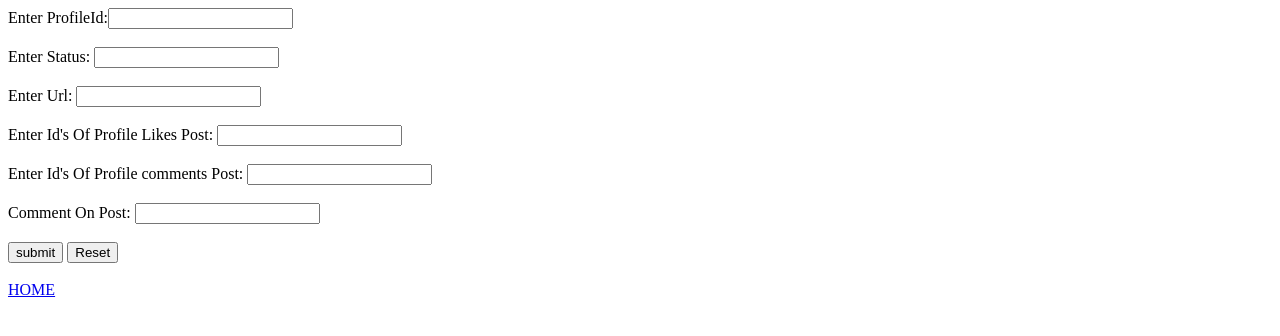
Repository: deepikabachhav/Ally-World-Post
Page: http://localhost/website/WEB-INF/jsp/AddPostForm.jsp
The author's editor kept a copy of each file at every save. The page is drawn from the files as they stood at one save, then again after the next save.
The browser window is 1280 px wide. The pictures show the whole page.
The page is served by Tomcat 9. Nobody is signed in. Other server files are loaded and not shown. The template is opened directly, without the code that normally fills it, so the values that code supplies are empty.

Above is the page before, as saved 2019-02-15 04:30:47.

### website/src/main/webapp/WEB-INF/jsp/AddPostForm.jsp
<%@ page language="java" contentType="text/html; charset=ISO-8859-1"
	pageEncoding="ISO-8859-1"%>
<%@ taglib prefix="jstl" uri="http://java.sun.com/jsp/jstl/core"%>
<!DOCTYPE html>
<html>
<head>
<meta charset="ISO-8859-1">
<title>Insert title here</title>
</head>
<body>
	<form action="createNewPost">
		<!-- Enter PostId: <input type="text" name="postId"/> <br /> <br /> -->
		Enter ProfileId:<input type="text" name="profileId" /> <br /> <br />
		Enter Status: <input type="text" name="status" /><br /> <br />
		Enter Url: <input type="url" name="url" /> <br /> <br />
		<!-- Enter No Of Likes Of Post:<input type="number" name="likes"> <br /> <br /> -->
		Enter Id's Of Profile Likes Post: <input type="number"
			name="likesProfileId" /> <br /> <br /> Enter Id's Of Profile
		comments Post: <input type="number" name="commentProfileId" /> <br /><br />
		Comment On Post: <input type="text" name="comment" /> <br /><br />
		<!-- Enter No Of Likes Of Comment:<input type="number" name="likesComment"><br /> <br /> -->
		<input type="submit" value="submit"> <input type="Reset"
			value="Reset">
	</form>
	<br />
	<div>
		<jsp:include page="HomeLink.html"></jsp:include>
	</div>
</body>
</html>

### website/src/main/webapp/WEB-INF/jsp/HomeLink.html
<!DOCTYPE html>
<html>
<head>
<meta charset="ISO-8859-1">
<title>Insert title here</title>
</head>
<body>
<a href="home">HOME</a>
</body>
</html>

After the next save:
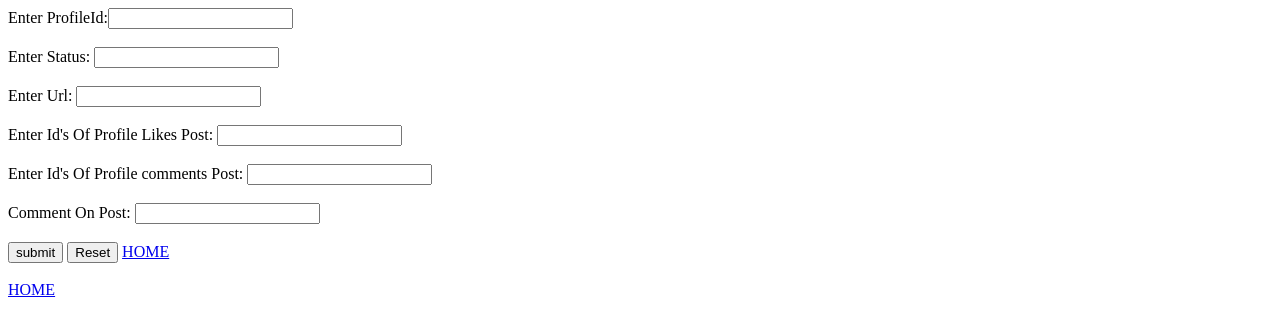
Saved 45 s later.
--- a/website/src/main/webapp/WEB-INF/jsp/AddPostForm.jsp
+++ b/website/src/main/webapp/WEB-INF/jsp/AddPostForm.jsp
@@ -21,8 +21,9 @@
 		<!-- Enter No Of Likes Of Comment:<input type="number" name="likesComment"><br /> <br /> -->
 		<input type="submit" value="submit"> <input type="Reset"
 			value="Reset">
+				<jsp:include page="HomeLink.html"></jsp:include>
 	</form>
-	<br />
+	<br/>
 	<div>
 		<jsp:include page="HomeLink.html"></jsp:include>
 	</div>

After the save that followed:
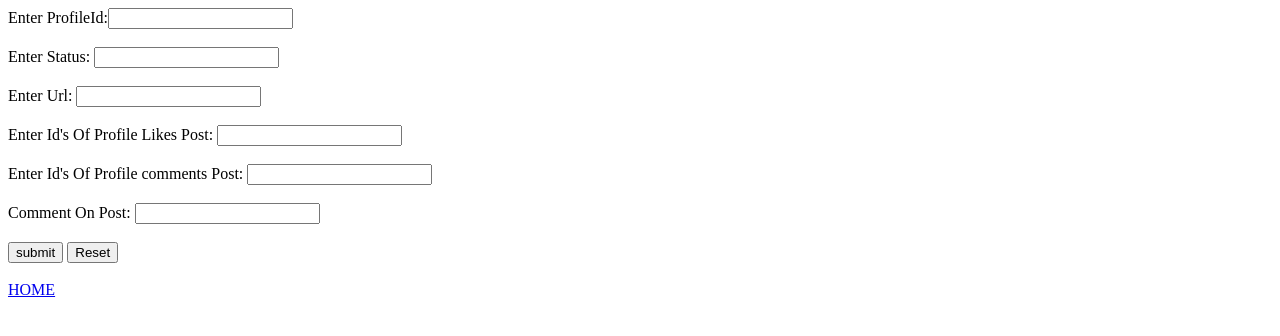
Saved 67 s later.
--- a/website/src/main/webapp/WEB-INF/jsp/AddPostForm.jsp
+++ b/website/src/main/webapp/WEB-INF/jsp/AddPostForm.jsp
@@ -21,7 +21,6 @@
 		<!-- Enter No Of Likes Of Comment:<input type="number" name="likesComment"><br /> <br /> -->
 		<input type="submit" value="submit"> <input type="Reset"
 			value="Reset">
-				<jsp:include page="HomeLink.html"></jsp:include>
 	</form>
 	<br/>
 	<div>
